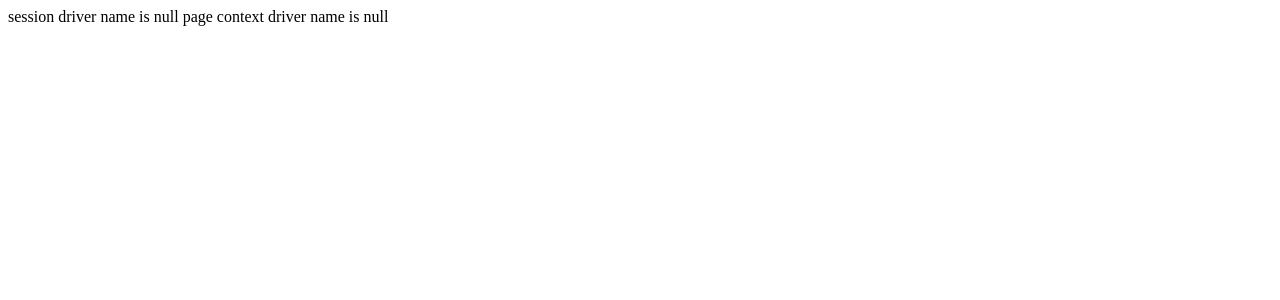
Repository: madhu124/Youtube-demo
Page: http://localhost/ImplicitObjects/welcome1.jsp
An editor plug-in stored every save of this project. The page is shown before and after the next save, followed by the edit.
The browser window is 1280 px wide. The pictures show the whole page.
The page is served by Tomcat 9.

Above is the page before, as saved 2017-06-02 15:36:07.

### ImplicitObjects/WebContent/welcome1.jsp
<%
String name=(String)session.getAttribute("dname");
out.println("session driver name is "+name);

String dname=(String)pageContext.getAttribute("dname",PageContext.SESSION_SCOPE);
out.println("page context driver name is "+dname);

%>

After the next save:
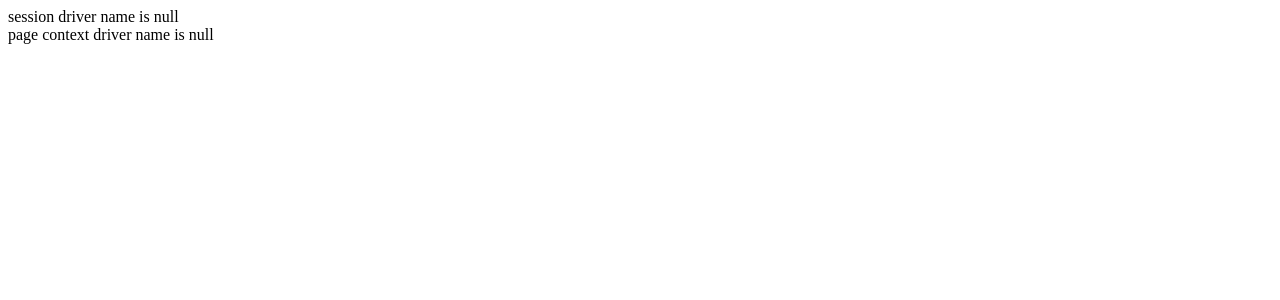
Saved 42 s later.
--- a/ImplicitObjects/WebContent/welcome1.jsp
+++ b/ImplicitObjects/WebContent/welcome1.jsp
@@ -3,6 +3,6 @@ String name=(String)session.getAttribute("dname");
 out.println("session driver name is "+name);
 
 String dname=(String)pageContext.getAttribute("dname",PageContext.SESSION_SCOPE);
-out.println("page context driver name is "+dname);
+out.println("<br> page context driver name is "+dname);
 
 %>
